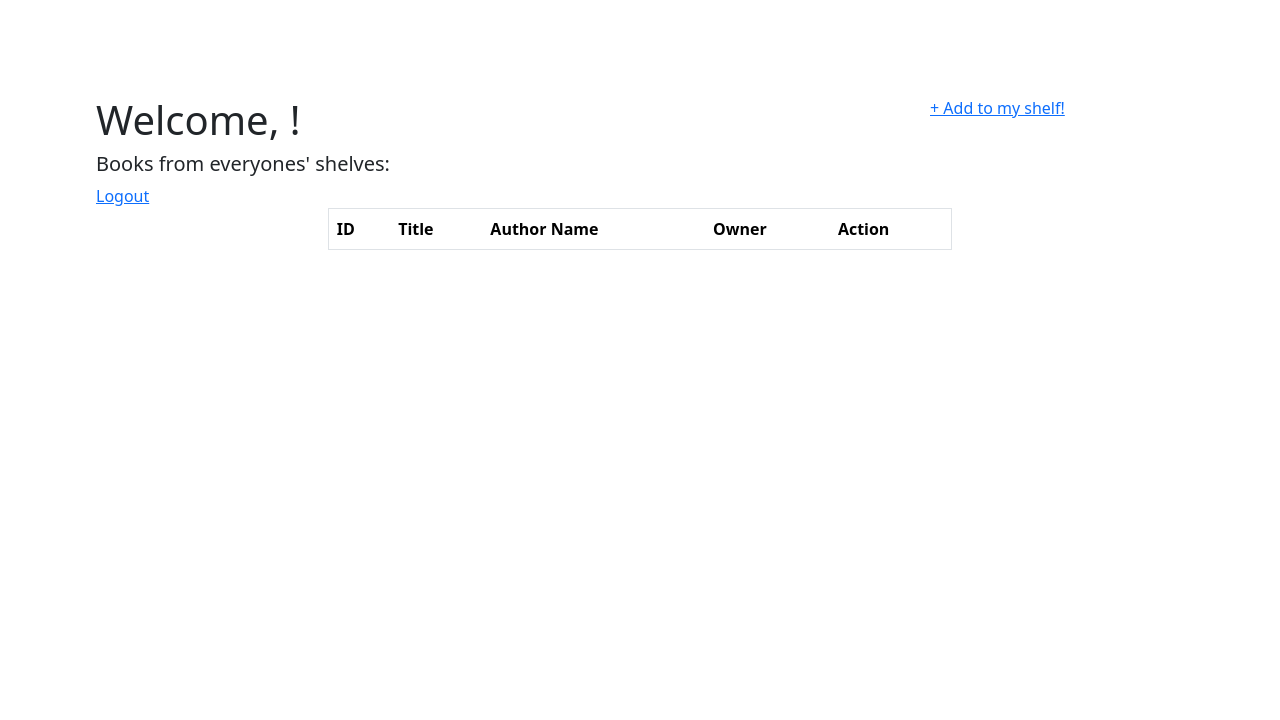
Repository: ShathaMorales/Java-Stack
Page: http://localhost/LoginRegistration/WEB-INF/home.jsp
These files come from the project's save history. The page is drawn as it stood at one moment and after the next save; the edit follows.
The browser window is 1280 px wide. The pictures show the whole page.
The page is served by Tomcat 10. Nobody is signed in. The template is opened directly, without the code that normally fills it, so the values that code supplies are empty.

Above is the page before, as saved 2023-05-13 15:15:25.

After the next save:
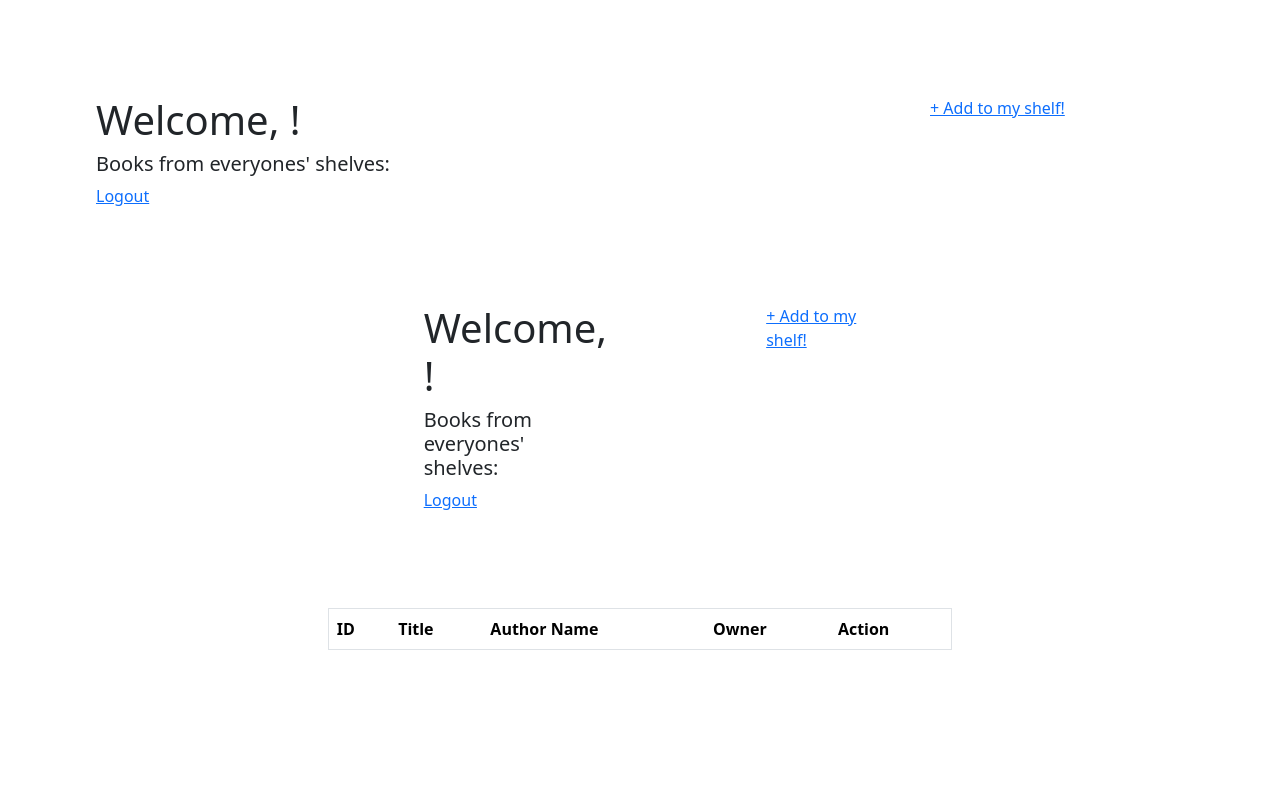
Saved 27 s later.
--- a/_java/FullSpring/BookBroker/LoginRegistration/src/main/webapp/WEB-INF/home.jsp
+++ b/_java/FullSpring/BookBroker/LoginRegistration/src/main/webapp/WEB-INF/home.jsp
@@ -30,6 +30,18 @@
            <div class = "row justify-content-center">
             <div class = "col-7 align-self-center">
             	<table class="table border col-5 mb-5">
+            	    <div class = "container-md-fluid m-5 p-5">
+        <div class = "row justify-content-between">
+            <div class = "col-5">
+                <h1>Welcome, <c:out value="${userName}"></c:out>!</h1>
+                <h5>Books from everyones' shelves:</h5>
+                <a href="/logout">Logout</a>
+            </div>
+              <div class = "col-3 ">
+              <!-- <a href="/logout">Logout</a> -->
+              <a href="/books/new">+ Add to my shelf!</a>
+            </div>
+        </div>
 				  <thead>
 				    <tr>
 				      <th scope="col">ID</th>
